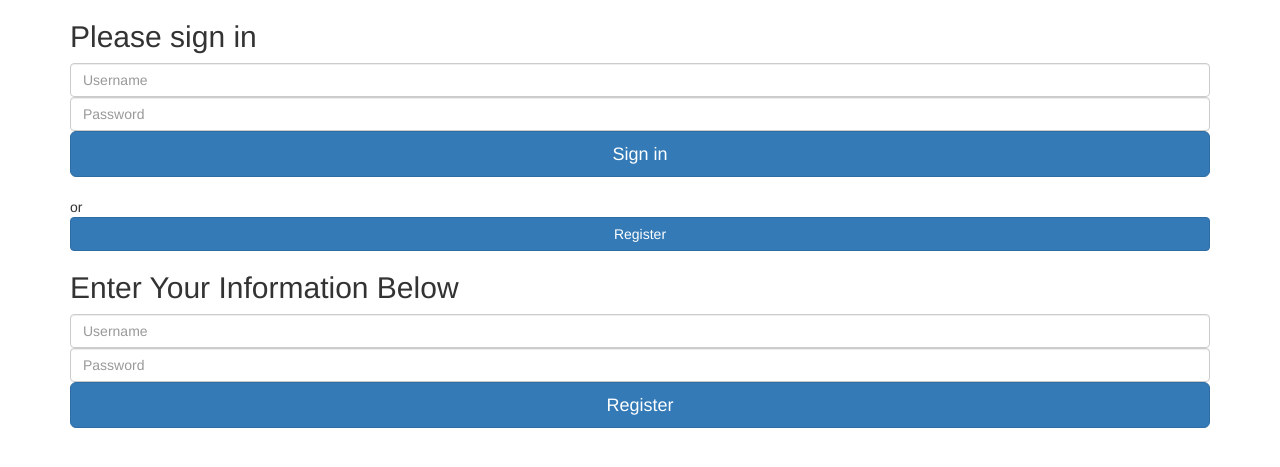
Repository: aaikinsm/FDM-Programs
Page: http://localhost/SoloProject/
An editor plug-in stored every save of this project. The page is shown before and after the next save, followed by the edit.
The browser window is 1280 px wide. The pictures show the whole page.
Some web libraries are served in a nearby version. The page is served by Tomcat 9.

Above is the page before, as saved 2017-05-26 18:44:27.

After the next save:
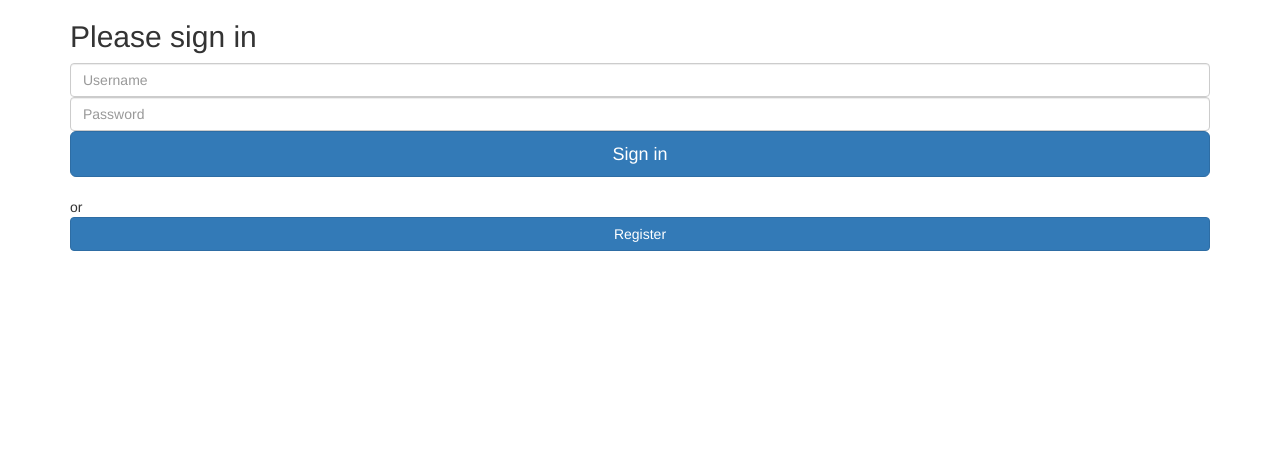
Saved 2 min 47 s later.
--- a/SoloProject/WebContent/login.jsp
+++ b/SoloProject/WebContent/login.jsp
@@ -11,6 +11,7 @@
 <script src="https://ajax.googleapis.com/ajax/libs/jquery/3.2.1/jquery.min.js"></script>
 <script type="text/javascript">
 	$(document).ready(function(){
+		$("#registerContainer").hide()
 		$("#b1").click(function(){
 			$("#loginContainer").fadeOut()
 			$("#registerContainer").fadeIn()
